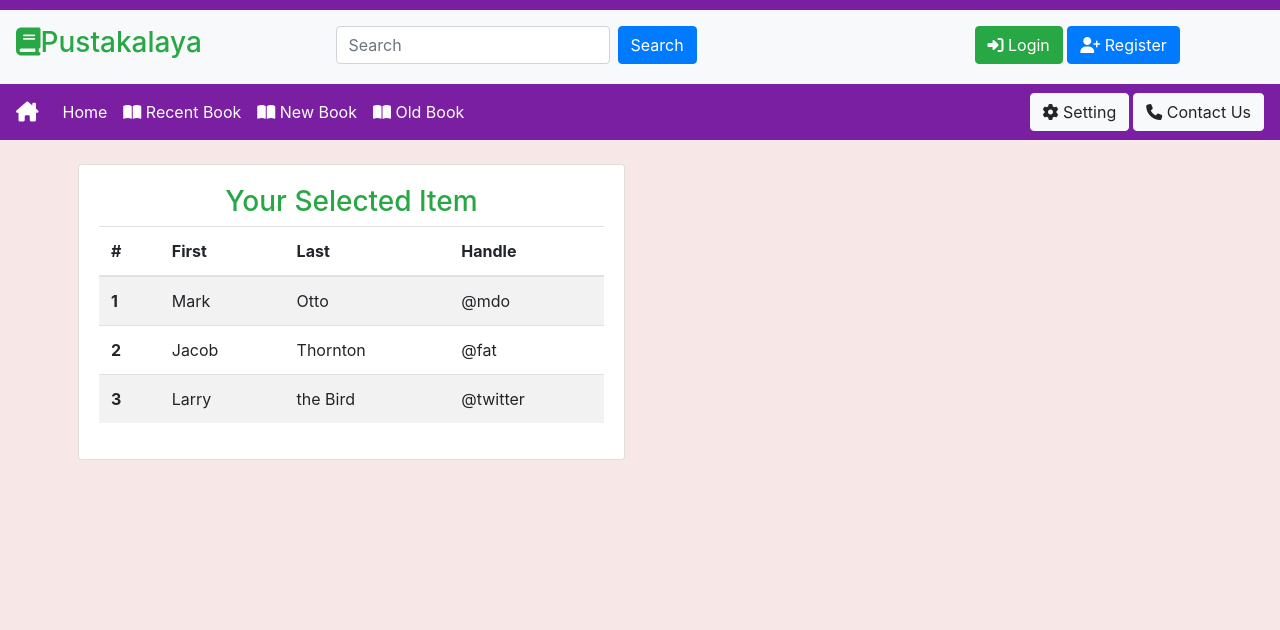
Repository: kalaprabhakar/Pustakalay_Web_Application
Page: http://localhost/E_Book_Management/cart.jsp
An editor plug-in stored every save of this project. The page is shown before and after the next save, followed by the edit.
The browser window is 1280 px wide. The pictures show the whole page.
Some web libraries are served in a nearby version. The page is served by Tomcat 10. Other server files are loaded and not shown.

Above is the page before, as saved 2024-02-23 02:30:20.

### E_Book_Management/src/main/webapp/cart.jsp
<%@ page language="java" contentType="text/html; charset=ISO-8859-1"
	pageEncoding="ISO-8859-1"%>
<!DOCTYPE html>
<html>
<head>
<meta charset="ISO-8859-1">
<title>Cart Page</title>
<%@ include file="all_component/allcss.jsp"%>
</head>
<body style="background-color: #f7e7e6">
	<%@ include file="all_component/navbar.jsp"%>
	<div class="container mt-3 p-2">
		<div class="row">
			<div class="col-md-6">

				<div class="card">
					<div class="card-body">
						<h3 class="text-center text-success">Your Selected Item</h3>

						<table class="table table-striped">
							<thead>
								<tr>
									<th scope="col">#</th>
									<th scope="col">First</th>
									<th scope="col">Last</th>
									<th scope="col">Handle</th>
								</tr>
							</thead>
							<tbody>
								<tr>
									<th scope="row">1</th>
									<td>Mark</td>
									<td>Otto</td>
									<td>@mdo</td>
								</tr>
								<tr>
									<th scope="row">2</th>
									<td>Jacob</td>
									<td>Thornton</td>
									<td>@fat</td>
								</tr>
								<tr>
									<th scope="row">3</th>
									<td>Larry</td>
									<td>the Bird</td>
									<td>@twitter</td>
								</tr>
							</tbody>
						</table>
					</div>
				</div>

			</div>

		</div>

	</div>
</body>
</html>

### E_Book_Management/src/main/webapp/all_component/allcss.jsp
<link rel="stylesheet"
	href="https://cdn.jsdelivr.net/npm/bootstrap@4.0.0/dist/css/bootstrap.min.css"
	integrity="sha384-Gn5384xqQ1aoWXA+058RXPxPg6fy4IWvTNh0E263XmFcJlSAwiGgFAW/dAiS6JXm"
	crossorigin="anonymous">

<script src="https://code.jquery.com/jquery-3.2.1.slim.min.js"
	integrity="sha384-KJ3o2DKtIkvYIK3UENzmM7KCkRr/rE9/Qpg6aAZGJwFDMVNA/GpGFF93hXpG5KkN"
	crossorigin="anonymous"></script>
<script
	src="https://cdn.jsdelivr.net/npm/popper.js@1.12.9/dist/umd/popper.min.js"
	integrity="sha384-ApNbgh9B+Y1QKtv3Rn7W3mgPxhU9K/ScQsAP7hUibX39j7fakFPskvXusvfa0b4Q"
	crossorigin="anonymous"></script>
<script
	src="https://cdn.jsdelivr.net/npm/bootstrap@4.0.0/dist/js/bootstrap.min.js"
	integrity="sha384-JZR6Spejh4U02d8jOt6vLEHfe/JQGiRRSQQxSfFWpi1MquVdAyjUar5+76PVCmYl"
	crossorigin="anonymous"></script>
<link rel="stylesheet"
	href="https://cdnjs.cloudflare.com/ajax/libs/font-awesome/6.5.1/css/all.min.css"
	integrity="sha512-DTOQO9RWCH3ppGqcWaEA1BIZOC6xxalwEsw9c2QQeAIftl+Vegovlnee1c9QX4TctnWMn13TZye+giMm8e2LwA=="
	crossorigin="anonymous" referrerpolicy="no-referrer" />

	<link  rel="stylesheet" href="all_component/style.css"/>

### E_Book_Management/src/main/webapp/all_component/navbar.jsp
<%@ taglib prefix="c" uri="http://java.sun.com/jsp/jstl/core"%>
<%@ page isELIgnored="false" %>

<div class="container-fluid" style="height : 10px ; background-color:  #7B1FA2 "></div>

<div class="container-fluid p-3 bg-light">
 <div class="row">
     <div class="col-md-3 text-success">
        <h3 > <i class="fa-solid fa-book"></i>Pustakalaya</h3>
     </div>
    <div class="col-md-6">
       <form class="form-inline my-2 my-lg-0">
      <input class="form-control mr-sm-2" type="search" placeholder="Search" aria-label="Search">
      <button class="btn btn-primary my-2 my-sm-0" type="submit">Search</button>
    </form>

    </div>
    <c:if test="${not empty userobj }">
    <div class="col-md-3">

    <a href="cart.jsp" class="btn btn-ligh"><i class="fa-solid fa-cart-shopping  "></i></a>

      <a href="" class="btn btn-success"><i class="fa-solid fa-user-plus"></i>${userobj.name }</a>
      <a href="" class="btn btn-primary"><i class="fa-solid fa-right-to-bracket"></i> Logout</a>

    </div>

    </c:if>

    <c:if test="${ empty userobj }">
    <div class="col-md-3">
      <a href="login.jsp" class="btn btn-success"><i class="fa-solid fa-right-to-bracket"></i> Login</a>
      <a href="register.jsp" class="btn btn-primary"><i class="fa-solid fa-user-plus"></i> Register</a>

    </div>

    </c:if>

 </div>


</div>

<nav class="navbar navbar-expand-lg navbar-dark bg-custom">
  <a class="navbar-brand" href="#"><i class="fa-solid fa-house-chimney"></i></a>
  <button class="navbar-toggler" type="button" data-toggle="collapse" data-target="#navbarSupportedContent" aria-controls="navbarSupportedContent" aria-expanded="false" aria-label="Toggle navigation">
    <span class="navbar-toggler-icon"></span>
  </button>

  <div class="collapse navbar-collapse" id="navbarSupportedContent">
    <ul class="navbar-nav mr-auto">
      <li class="nav-item active">
        <a class="nav-link" href="index.jsp">Home <span class="sr-only">(current)</span></a>
      </li>
      <li class="nav-item active">
        <a class="nav-link" href="all_recent_book.jsp"> <i class="fa-solid fa-book-open"></i> Recent Book</a>
      </li>
      <li class="nav-item active">
        <a class="nav-link" href="all_new_book.jsp"> <i class="fa-solid fa-book-open"></i> New Book</a>
      </li>

      </li>
      <li class="nav-item active">
        <a class="nav-link disabled" href="all_old_book.jsp"> <i class="fa-solid fa-book-open"></i> Old Book</a>
      </li>
    </ul>
    <form class="form-inline my-2 my-lg-0">
      <button class="btn btn-light my-2 my-sm-0" type="submit"><i class="fa-solid fa-gear"></i> Setting</button>
      <button class="btn btn-light my-2 my-sm-0 ml-1" type="submit"><i class="fa-solid fa-phone"></i> Contact Us</button>
    </form>
  </div>
</nav>

### E_Book_Management/src/main/webapp/all_component/style.css
.bg-custom {
	background-color : #7B1FA2 ;
}

.navbar .nav-item:hover .nav-link{

	background-color: white;
	color : black;
	border-radius : 20px ;
}

After the next save:
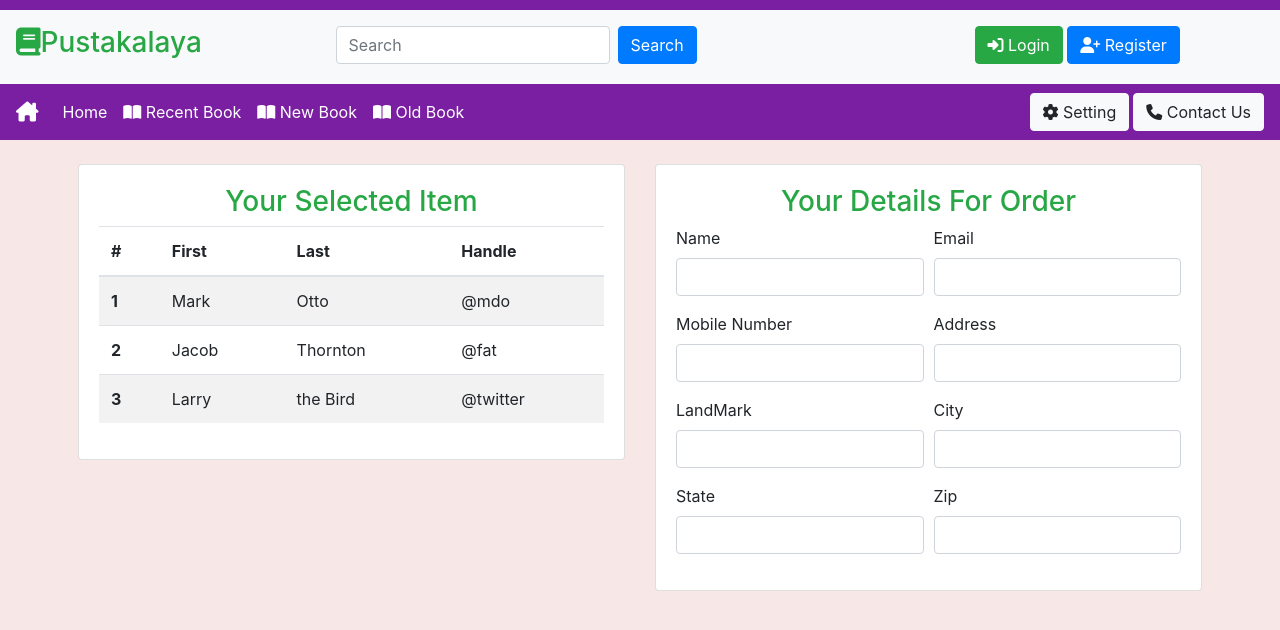
Saved 9 min 31 s later.
--- a/E_Book_Management/src/main/webapp/cart.jsp
+++ b/E_Book_Management/src/main/webapp/cart.jsp
@@ -52,6 +52,64 @@
 
 			</div>
 
+			<div class="col-md-6">
+				<div class="card">
+					<div class="card-body">
+                             <h3 class="text-center text-success">Your Details For Order</h3>
+						<form>
+
+							<div class="form-row">
+								<div class="form-group col-md-6">
+									<label for="inputEmail4">Name</label> <input type="text"
+										class="form-control" id="inputEmail4" value="">
+								</div>
+								<div class="form-group col-md-6">
+									<label for="inputPassword4">Email</label> <input
+										type="email" class="form-control" id="inputPassword4"
+										value="">
+								</div>
+							</div>
+							<div class="form-row">
+								<div class="form-group col-md-6">
+									<label for="inputEmail4">Mobile Number</label> <input type="number"
+										class="form-control" id="inputEmail4" value="">
+								</div>
+								<div class="form-group col-md-6">
+									<label for="inputPassword4">Address</label> <input
+										type="text" class="form-control" id="inputPassword4"
+										>
+								</div>
+							</div>
+							<div class="form-row">
+								<div class="form-group col-md-6">
+									<label for="inputEmail4">LandMark</label> <input type="text"
+										class="form-control" id="inputEmail4" >
+								</div>
+								<div class="form-group col-md-6">
+									<label for="inputPassword4">City</label> <input
+										type="text" class="form-control" id="inputPassword4"
+										>
+								</div>
+							</div>
+							<div class="form-row">
+								<div class="form-group col-md-6">
+									<label for="inputEmail4">State</label> <input type="text"
+										class="form-control" id="inputEmail4" >
+								</div>
+								<div class="form-group col-md-6">
+									<label for="inputPassword4">Zip</label> <input
+										type="number" class="form-control" id="inputPassword4"
+										>
+								</div>
+							</div>
+
+						</form>
+					</div>
+
+				</div>
+
+			</div>
+
 		</div>
 
 	</div>
